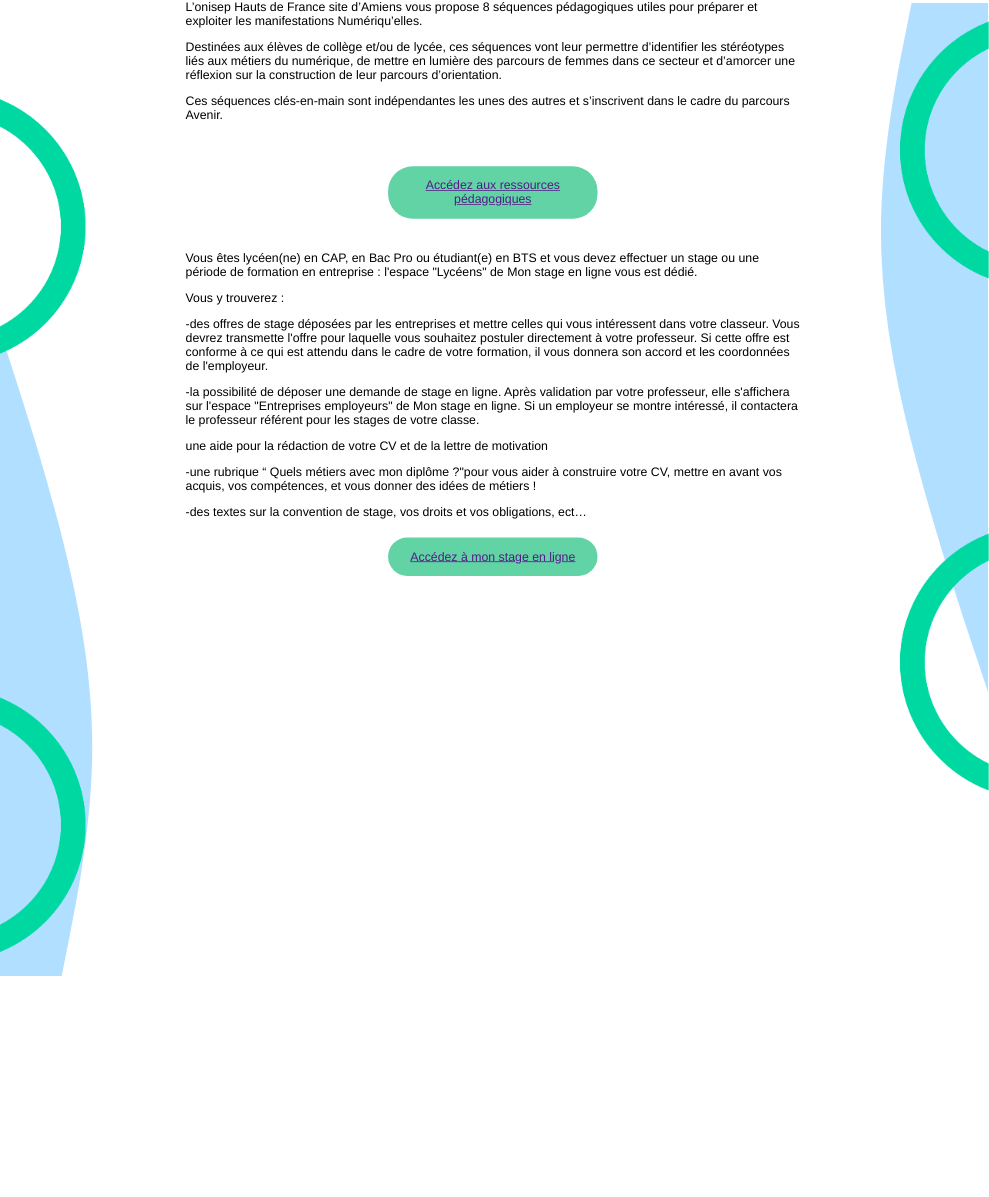
Repository: FrancisClerfayt/NumeriquElles
Page: preparation.html
The author's editor kept a copy of each file at every save. The page is drawn from the files as they stood at one save, then again after a run of saves.
The browser window is 1280 px wide. The page is 1284 px wide, so the pictures cover 1284 px, including what lies to the right of the window. The pictures show the whole page, at 77% of full size.

Above is the page before, as saved 2020-10-27 16:09:05.

### preparation.html
<!DOCTYPE html>
<html lang="en">

<head>
    <meta charset="UTF-8">
    <meta name="viewport" content="width=device-width, initial-scale=1.0">
    <title>Préparation</title>
    <link rel="stylesheet" href="preparation.css">
</head>

<body>
    <header></header>
    <section class="pagePeparation">
        <div class="backgroudImg">
            <img src="img/round-ConvertImage_gaitubao_369x121.png" alt="" class="imgLeftTop">
            <img src="img/wave.svg" alt="" class="imgLeftLong">
            <img src="img/round-ConvertImage_gaitubao_369x121.png" alt="" class="imgLeftBottom">
        </div>

        <div class="contenuePreparation">
            <p class="textHautP">L’onisep Hauts de France site d’Amiens vous propose 8 séquences pédagogiques utiles
                pour préparer et exploiter les manifestations Numériqu’elles.</p>
            <p class="textHautP">Destinées aux élèves de collège et/ou de lycée, ces séquences vont leur permettre
                d’identifier les stéréotypes liés aux métiers du numérique, de mettre en lumière des parcours de femmes
                dans ce secteur et d’amorcer une réflexion sur la construction de leur parcours d’orientation.</p>
            <p class="textHautP">Ces séquences clés-en-main sont indépendantes les unes des autres et s’inscrivent dans
                le cadre du parcours Avenir.</p>
            <img src="" alt="" class="imgHautP">
            <div class="greenBouton">
                <a href="">Accédez aux ressources pédagogiques</a>

            </div>
            <img src="" alt="" class="imgblue">
            <div class="textBottomP">
                <P class="blackF">Vous êtes lycéen(ne) en CAP, en Bac Pro ou étudiant(e) en BTS et vous devez effectuer
                    un stage ou une période de formation en entreprise : l'espace "Lycéens" de Mon stage en ligne vous
                    est dédié. </P>
                <P class="blackF">Vous y trouverez :</P>
                <p><span class="blackF"> -des offres de stage déposées par les entreprises</span> et mettre celles qui
                    vous intéressent dans votre
                    classeur. Vous devrez transmette l'offre pour laquelle vous souhaitez postuler directement à votre
                    professeur. Si cette offre est conforme à ce qui est attendu dans le cadre de votre formation, il
                    vous
                    donnera son accord et les coordonnées de l'employeur.</p>
                <p><span class="blackF"> -la possibilité de déposer une demande de stage en ligne. </span>Après
                    validation par votre professeur, elle
                    s'affichera sur l'espace "Entreprises employeurs" de Mon stage en ligne. Si un employeur se montre
                    intéressé, il contactera le professeur référent pour les stages de votre classe.
                </p>
                <p>une aide pour la rédaction de <span class="blackF"> votre CV et de la lettre de motivation
                    </span></p>
                <p> -une rubrique<span class="blackF"> “ Quels métiers avec mon diplôme ?"</span>pour vous aider à
                    construire votre CV, mettre en
                    avant vos acquis, vos compétences, et vous donner des idées de métiers !</p>
                <p> -des textes <span class="blackF"></span>sur la convention de stage, vos droits et vos obligations,
                    ect…</p>
            </div>
            <div class="greenBouton">
                <a href="">Accédez à mon stage en ligne</a>

            </div>


        </div>


        <div class="backgroudImg">
            <img src="img/round-ConvertImage_gaitubao_369x121.png" alt="" class="imgRightTop">
            <img src="img/wave.svg" alt="" class="imgRightLong">
            <img src="img/round-ConvertImage_gaitubao_369x121.png" alt="" class="imgRightBottom">
        </div>
    </section>
    <footer></footer>
</body>

</html>

### preparation.css
*{
    margin: 0;
    padding:0

}

body {
    font-family:  Helvetica Neue ,Arial, Helvetica, sans-serif ;
    text-align: left;
}
p {
    margin-bottom: 1em;
}
.pagePeparation {
    display: flex;
    flex-direction: row;
}
/* les décroration de page commence */
.backgroudImg {
    display: flex;
    flex-direction: column;
    justify-content: flex-start;
}
.imgLeftTop,
.imgLeftBottom {
    transform: rotate(90deg);
    margin-left: -8em;
    padding-left: 0;
    margin-bottom: 26em;
    margin-top: 15em;

}
.imgLeftLong {
    transform: rotate(90deg);
    position: absolute;
    width: 70%;
    left: -23em;
    top: 45em;
    z-index: -2;
    opacity: .3;
}

.imgRightLong {
    transform: rotate(-90deg);
    position: absolute;
    width: 70%;
    right: -22em;
    top: 22em;
    z-index: -2;
    opacity: .3;
}


.imgRightTop,
.imgRightBottom {
    transform: rotate(-90deg);
    margin-right: -8em;
    padding-left: 0;
    margin-bottom: 26em;
    margin-top: 8em;
    z-index: 2;
}
.imgCentreBottom {
    transform: rotate(180deg);
    margin-right: 5em;
    z-index: -1;
    margin-top: 0;
}
/* les décroration de page fini */
.contenuePreparation {
    margin
}

.greenBouton{
    background-color: #62D3A4;
    border-radius: 2em;
    color: beige;
    text-align: center;
    margin: 1.5em auto;
    padding: 1em;
    text-decoration: none;
    width: 30%;
}

After the next 5 saves:
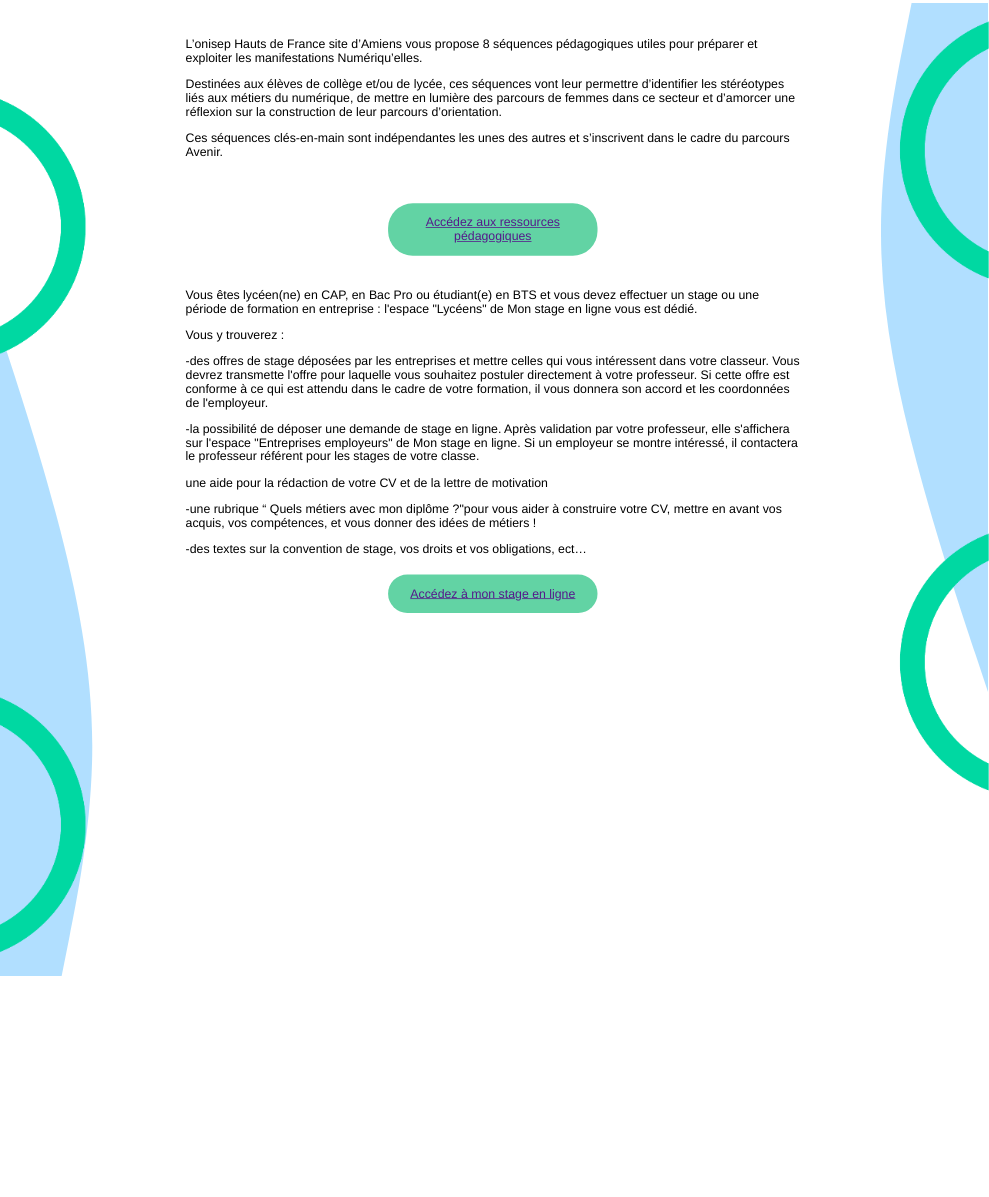
The 5 saves are shown as one change because they came seconds apart.
The last was saved 14 s later.
--- a/preparation.css
+++ b/preparation.css
@@ -68,7 +68,7 @@
 }
 /* les décroration de page fini */
 .contenuePreparation {
-    margin
+    margin: 3em auto;
 }
 
 .greenBouton{
